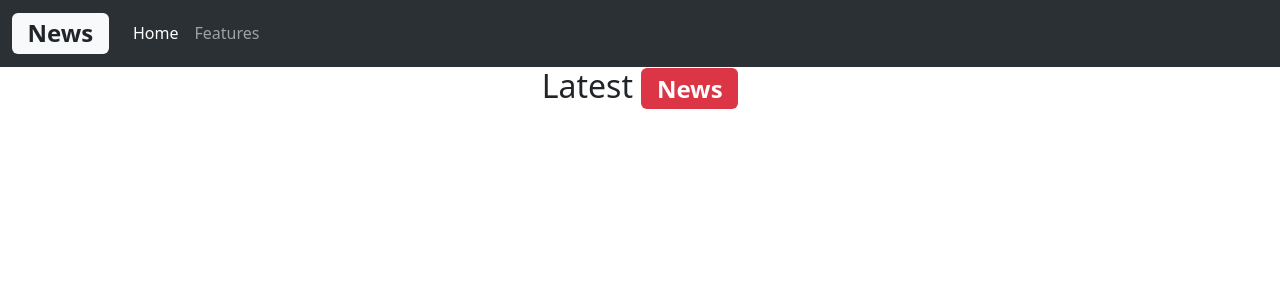
Repository: sshaiv/News_app
Page: /
These files come from the project's save history. The page is drawn as it stood at one moment and after the next save; the edit follows.
The browser window is 1280 px wide. The pictures show the whole page.
The page's requests for data from a server got no answer. The project was rebuilt for these pictures with package versions that can differ from the ones it lists, and the page was loaded fresh each time. No one was signed in, and anything a server would have sent is missing. Also part of the build but not shown: vite.config.js, src/Components/NewsItem.jsx, src/index.css.

Above is the page before, as saved 2024-07-14 20:53:57.

### index.html
<!doctype html>
<html lang="en">
  <head>
    <meta charset="UTF-8" />

    <meta name="viewport" content="width=device-width, initial-scale=1.0" />
    <title>News Mag</title>
    <link href="https://cdn.jsdelivr.net/npm/bootstrap@5.3.3/dist/css/bootstrap.min.css" rel="stylesheet" integrity="sha384-QWTKZyjpPEjISv5WaRU9OFeRpok6YctnYmDr5pNlyT2bRjXh0JMhjY6hW+ALEwIH" crossorigin="anonymous">
  </head>
  <body>
    <div id="root"></div>
    <script type="module" src="/src/main.jsx"></script>
    <script src="https://cdn.jsdelivr.net/npm/bootstrap@5.3.3/dist/js/bootstrap.bundle.min.js" integrity="sha384-YvpcrYf0tY3lHB60NNkmXc5s9fDVZLESaAA55NDzOxhy9GkcIdslK1eN7N6jIeHz" crossorigin="anonymous"></script>
  </body>
</html>

### src/App.jsx
// import React from 'react'
import Navbar from "./Components/Navbar"
import NewsBoard from "./Components/NewsBoard"
const App = () => {
  return (
    <div>
    <Navbar/>
    <NewsBoard/>


    </div>
  )
}

export default App

### src/Components/Navbar.jsx


const Navbar = () => {
  return (
    <div>
      <nav className="navbar navbar-expand-lg bg-body-tertiary" data-bs-theme="dark">
  <div className="container-fluid">
    <a className="navbar-brand" href="#"> <span className="badge bg-light  text-dark fs-4">News</span> </a>
    <button className="navbar-toggler" type="button" data-bs-toggle="collapse" data-bs-target="#navbarNav" aria-controls="navbarNav" aria-expanded="false" aria-label="Toggle navigation">
      <span className="navbar-toggler-icon"></span>
    </button>
    <div className="collapse navbar-collapse" id="navbarNav">
      <ul className="navbar-nav">
        <li className="nav-item">
          <a className="nav-link active" aria-current="page" href="#">Home</a>
        </li>
        <li className="nav-item">
          <a className="nav-link" href="#">Features</a>
        </li>

      </ul>
    </div>
  </div>
</nav>
    </div>
  )
}

export default Navbar

### src/Components/NewsBoard.jsx
import { useEffect } from "react";
import { useState } from "react"
import NewsItem from "./NewsItem";

const NewsBoard = () => {

    const [articles,setArticles]=useState([]);

useEffect(()=>{
    let url = `https://newsapi.org/v2/top-headlines?country=us&category=business&apiKey=${import.meta.env.VITE_API_KEY}`;
    fetch(url).then(response=>response.json()).then(data=>setArticles(data.articles));
},[])

  return (
    <div>
      <h2 className="text-center">Latest <span className="badge bg-danger">News</span> </h2>
    {articles.map((news,index)=>{
        return <NewsItem key={index} title={news.title} description={news.description} src={news.urlToImage}  url={news.url} />
    })}
    </div>
  )
}

export default NewsBoard

Loaded but not shown: src/main.jsx (common file)

After the next save:
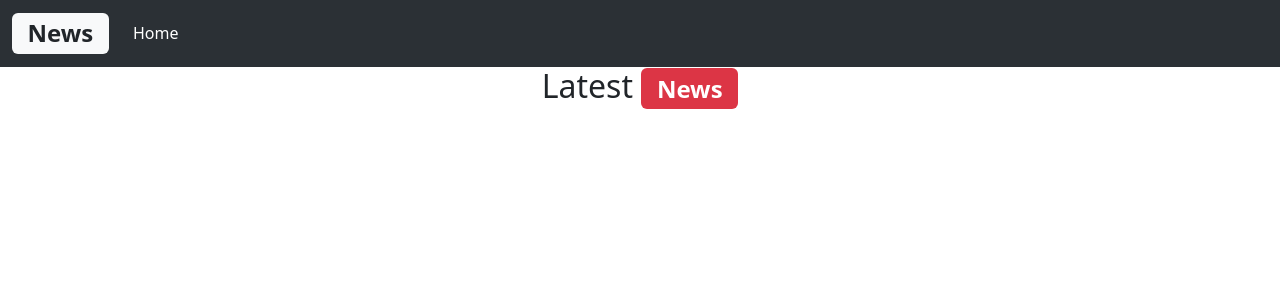
Saved 9 s later.
--- a/src/Components/Navbar.jsx
+++ b/src/Components/Navbar.jsx
@@ -14,9 +14,7 @@ const Navbar = () => {
         <li className="nav-item">
           <a className="nav-link active" aria-current="page" href="#">Home</a>
         </li>
-        <li className="nav-item">
-          <a className="nav-link" href="#">Features</a>
-        </li>
+
 
       </ul>
     </div>
